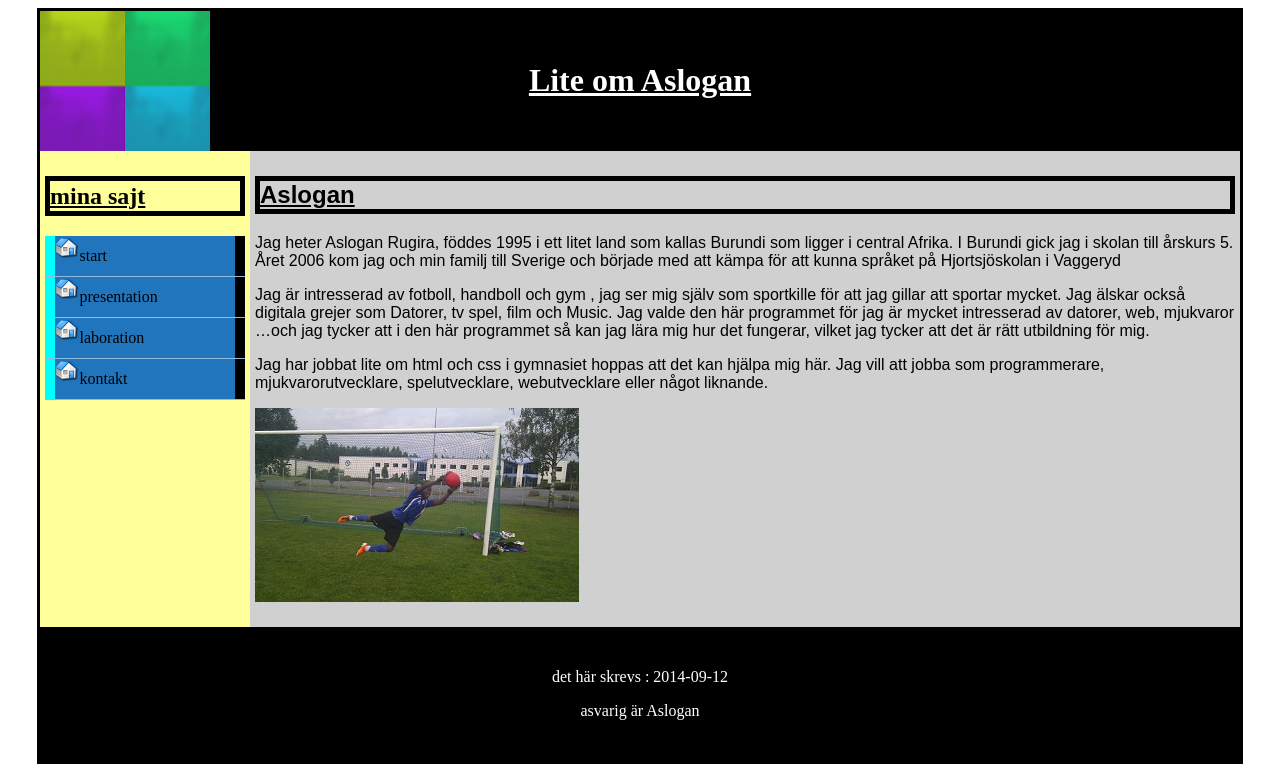
Repository: ar222rk/1IK415-ar222rk-Laboration
Page: pages/presentation.html
The author's editor kept a record of every edit. The page is drawn from the files as they stood at one moment, then again after the next edit.
The browser window is 1280 px wide. The pictures show the whole page.

Above is the page before.

After the next edit:
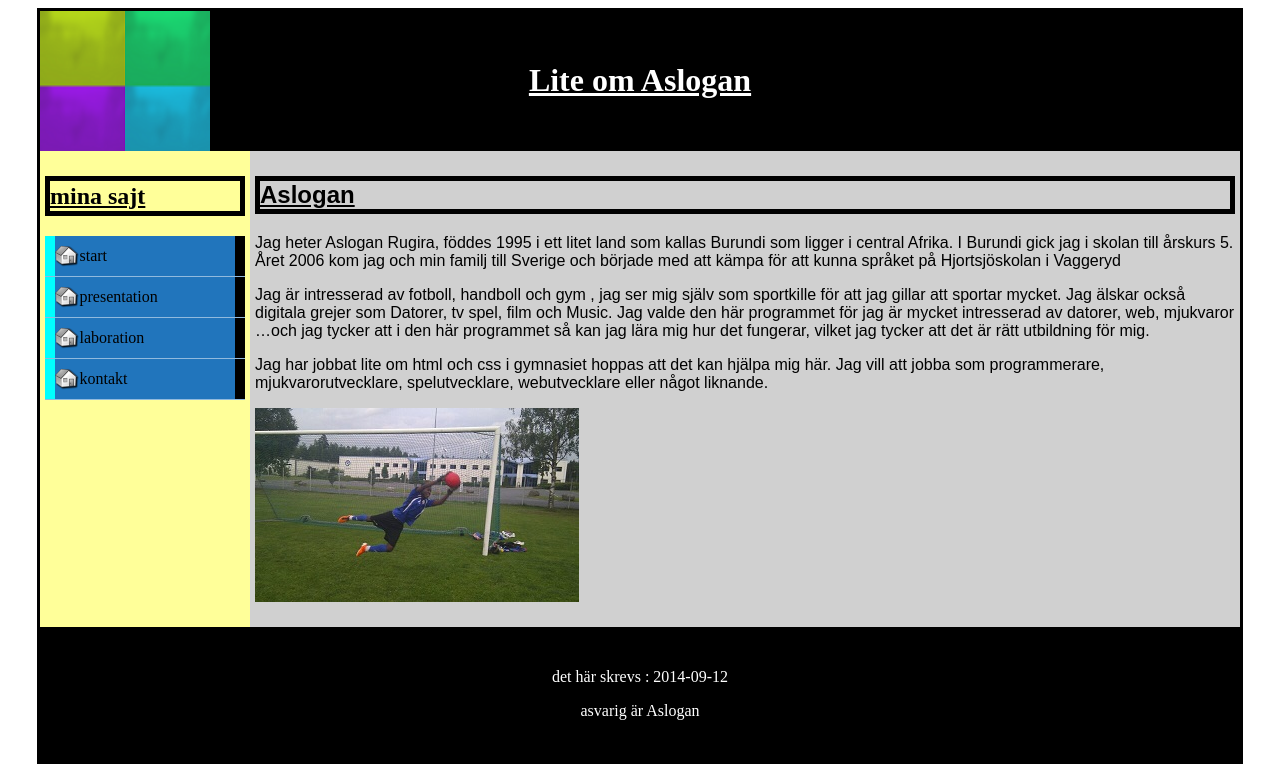
The edit:
--- a/pages/presentation.html
+++ b/pages/presentation.html
@@ -20,10 +20,10 @@
 
                   <h2> mina sajt</h2>
           <ul>
-             <li><a href = "../index.html"> start</a></li>
-             <li><a href = "presentation.html"> presentation </a></li>
-             <li><a href = "laboration.html"> laboration </a></li>
-             <li><a href = "kontakt.html"> kontakt</a></li>
+             <li><a id="start-icon" href = "../index.html"> start</a></li>
+             <li><a id="start-icon" href = "presentation.html"> presentation </a></li>
+             <li><a id="start-icon" href = "laboration.html"> laboration </a></li>
+             <li><a id="start-icon" href = "kontakt.html"> kontakt</a></li>
          </ul>
     </div>
 
